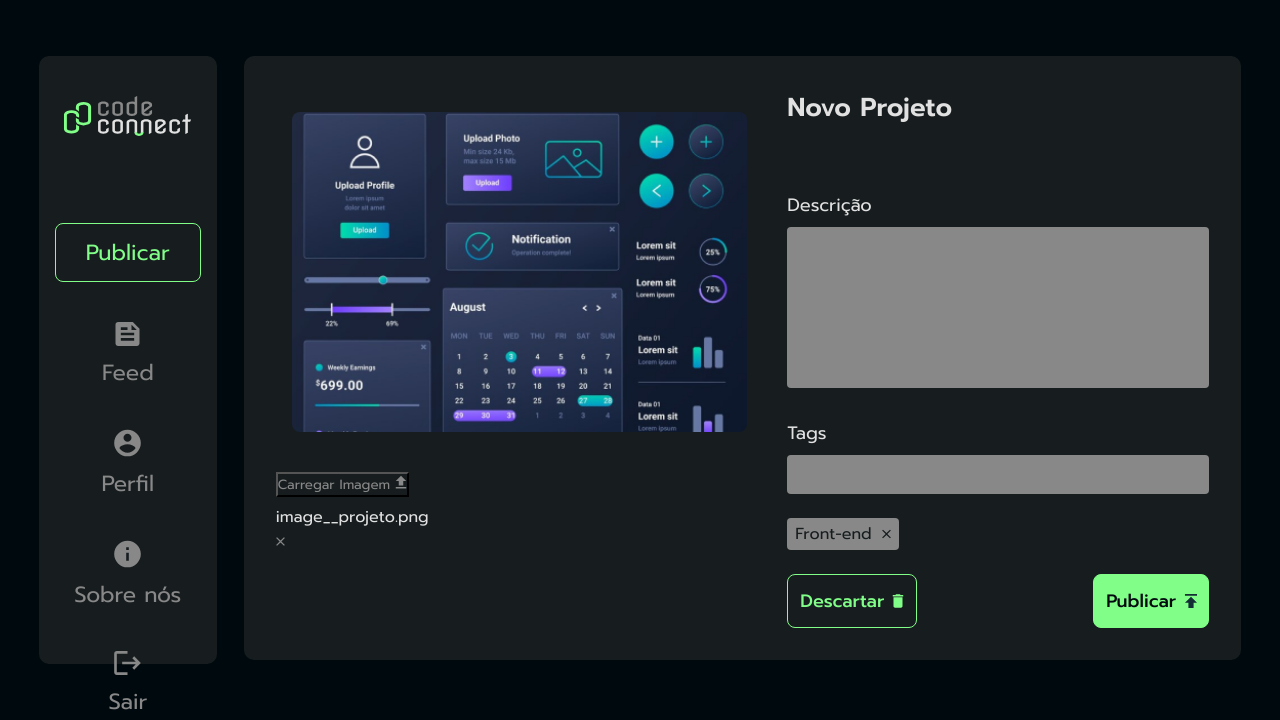
Repository: joaoPraiaJunior/async_await
Page: index.html
The author's editor kept a copy of each file at every save. The page is drawn from the files as they stood at one save, then again after the next save.
The browser window is 1280 px wide. The pictures show the whole page.

Above is the page before, as saved 2024-08-24 20:54:05.

### index.html
<!DOCTYPE html>
<html lang="pt-BR" dir="ltr">

<head>
    <meta charset="UTF-8">
    <meta name="viewport" content="width=device-width, initial-scale=1.0">
    <meta name="description" content="Projeto Async Await">
    <link rel="preconnect" href="https://fonts.googleapis.com">
    <link rel="preconnect" href="https://fonts.gstatic.com" crossorigin>
    <link href="https://fonts.googleapis.com/css2?family=Prompt:ital,wght@0,100;0,200;0,300;0,400;0,500;0,600;0,700;0,800;0,900;1,100;1,200;1,300;1,400;1,500;1,600;1,700;1,800;1,900&display=swap" rel="stylesheet">
    <link rel="stylesheet" href="./css/styles.css">
    <title>CodeConnect</title>
</head>

<body>

    <aside class="l-lateral">
        <figure><img src="./img/Logo.svg" alt="Logo do codeconnect"></figure>
        <nav class="c-menu">
            <ul class="c-menu__lista">
                <li class="c-menu__item"><a href="#" class="c-menu__link">Publicar</a></li>
                <li class="c-menu__item"><a href="#" class="c-menu__link"><img src="./img/feed.svg" aria-hidden="true" alt>Feed</a></li>
                <li class="c-menu__item"><a href="#" class="c-menu__link"><img src="./img/account_circle.svg" aria-hidden="true" alt>Perfil</a></li>
                <li class="c-menu__item"><a href="#" class="c-menu__link"><img src="./img/info.svg" aria-hidden="true" alt>Sobre nós</a></li>
                <li class="c-menu__item"><a href="#" class="c-menu__link"><img src="./img/logout.svg" aria-hidden="true" alt>Sair</a></li>
            </ul>
        </nav>
    </aside>

    <main class="l-principal">
        <div class="c-upload-imagem">
            <div class="c-upload-imagem__container">
                <figure class="c-upload-imagem__publicacao">
                    <img src="./img/imagem1.png" alt>
                </figure>
            </div>
            <button class="c-upload-imagem__botao" aria-label="carregar imagem">Carregar Imagem <img src="./img/upload.svg" aria-hidden="true" alt></button>
            <div class="c-upload-imagem__descricao">
                <p>image__projeto.png</p>
                <img src="./img/close.svg" aria-hidden="true" alt>
            </div>
        </div>

        <div class="c-formulario">
            <h2 class="c-formulario__titulo">Novo Projeto</h2>
            <form class="c-formulario__acoes">
                <div class="c-formulario__grupo">
                    <label for="Descricao">Descrição</label>
                    <textarea name="descricao" id="descricao">
                    </textarea>
                </div>

                <div class="c-formulario__grupo">
                    <label for="Tags">Tags</label>
                    <input type="text" name="tags" id="tags">
                </div>

                <ul class="c-formulario__lista">
                    <li class="c-formulario__lista-tags">
                        <p>Front-end</p>
                        <img src="./img/close-black.svg" alt>
                    </li>
                </ul>

                <div class="c-formulario__botoes">
                    <button class="c-formulario__botao c-formulario__botao--descartar">Descartar</button>
                    <button class="c-formulario__botao c-formulario__botao--salvar">Publicar</button>
                </div>
            </form>
        </div>
    </main>

    <script src="./js/scripts.js"></script>
</body>

</html>

### css/styles.css
:root {
  /* Cores */
  --background-color: #00090e;
  --cor-do-texto: #e1e1e1;
  --cor-primaria: #81fe88;
  --cor-secundaria: #888888;
  --cor-da-tag: #171d1f;
  --componentes-do-background: #171d1f;

  /* Fontes */
  --fonte-padrao: "Prompt", sans-serif;
}

* {
  margin: 0;
  padding: 0;
  box-sizing: border-box;
}

html {
  font-size: 62.5%;
}

body {
  display: flex;
  justify-content: center;
  align-items: start;
  gap: 2.7rem;
  font-family: var(--fonte-padrao);
  font-size: 1.6rem;
  background-color: var(--background-color);
  color: var(--cor-do-texto);
  padding: 5.6rem 0;
  height: 100vh;
}

.l-lateral {
  text-align: center;
  background-color: var(--componentes-do-background);
  border-radius: 1rem;
  padding: 4rem 1.6rem;
  height: 100%;
}

.c-menu__lista {
  display: flex;
  flex-direction: column;
  align-items: center;
  gap: 4rem;
  margin-top: 8rem;
  list-style-type: none;
}

.c-menu__link {
  display: flex;
  flex-direction: column;
  align-items: center;
  gap: 1rem;
  font-size: 2.2rem;
  text-decoration: none;
  color: var(--cor-secundaria);
}

.c-menu__lista li:first-of-type a {
  color: var(--cor-primaria);
  border: 0.1rem solid var(--cor-primaria);
  border-radius: 0.8rem;
  padding: 1.2rem 3rem;
}

.l-principal {
  display: flex;
  gap: 2.4rem;
  background-color: var(--componentes-do-background);
  border-radius: 1rem;
  padding: 3.2rem;
}

.c-formulario {
  display: flex;
  flex-direction: column;
  gap: 2.4rem;
  width: 42.2rem;
}

.c-formulario__titulo {
  font-size: 2.6rem;
  font-weight: 600;
  margin-bottom: 4rem;
}

.c-formulario__acoes {
  display: flex;
  flex-direction: column;
  gap: 2.4rem;
}

.c-formulario__grupo label {
  display: block;
  font-size: 1.8rem;
  font-weight: 400;
  margin-bottom: 0.8rem;
}

.c-formulario__grupo input,
textarea {
  background-color: var(--cor-secundaria);
  font-family: var(--fonte-padrao);
  line-height: 2.25rem;
  border: none;
  border-radius: 0.4rem;
  padding: 0.8rem 1.6rem;
  width: 100%;
}

.c-formulario__grupo textarea {
  resize: none;
  height: 16.1rem;
}

.c-formulario__grupo input {
  height: 3.9rem;
}

.c-formulario__lista {
  display: flex;
  list-style-type: none;
}

.c-formulario__lista-tags {
  display: flex;
  gap: 1rem;
  color: var(--cor-da-tag);
  background-color: var(--cor-secundaria);
  border-radius: 0.4rem;
  padding: 0.4rem 0.8rem;
}

.c-formulario__botoes {
  display: flex;
  justify-content: space-between;
  gap: 2.4rem;
}

.c-formulario__botao {
  font-family: var(--fonte-padrao);
  font-size: 1.8rem;
  font-weight: 500;
  text-align: center;
  border-radius: 0.8rem;
  padding: 1.2rem 3.2rem 1.2rem 1.2rem;
  cursor: pointer;
}

.c-formulario__botao--descartar,
.c-formulario__botao--salvar {
  position: relative;
}

.c-formulario__botao--descartar {
  color: var(--cor-primaria);
  background-color: var(--componentes-do-background);
  border: 0.1rem solid var(--cor-primaria);
}

.c-formulario__botao--salvar {
  color: var(--background-color);
  background-color: var(--cor-primaria);
  border: 0.1rem solid var(--cor-primaria);
}

.c-formulario__botao--descartar::after,
.c-formulario__botao--salvar::after {
  content: "";
  display: inline-block;
  position: absolute;
  top: 50%;
  background-size: contain;
  background-repeat: no-repeat;
  margin-left: 0.8rem;
  width: 1.5rem;
  height: 1.5rem;
  transform: translateY(-50%);
}

.c-formulario__botao--descartar::after {
  background-image: url("../img/trash.svg");
}

.c-formulario__botao--salvar::after {
  background-image: url("../img/arrow_forward2.svg");
}

.c-upload-imagem__publicacao {
    background-color: var(--secundary-color);
    border-radius: .8rem;
    padding: 2.4rem 1.6rem;
    height: 36.8rem;

}

.c-upload-imagem__publicacao img {
    border-radius: .8rem;
    object-fit: cover;
    height: 100%;
}

.c-upload-imagem__botao {
    position: relative;
    color: var(--cor-secundaria);
    font-family: var(--fonte-padrao);
    background-color: var(--componentes-do-background);
    margin: 1.6rem 0 .8rem 0;
}

Loaded but not shown: js/scripts.js (no copy from this time; the picture is the same without it)

After the next save:
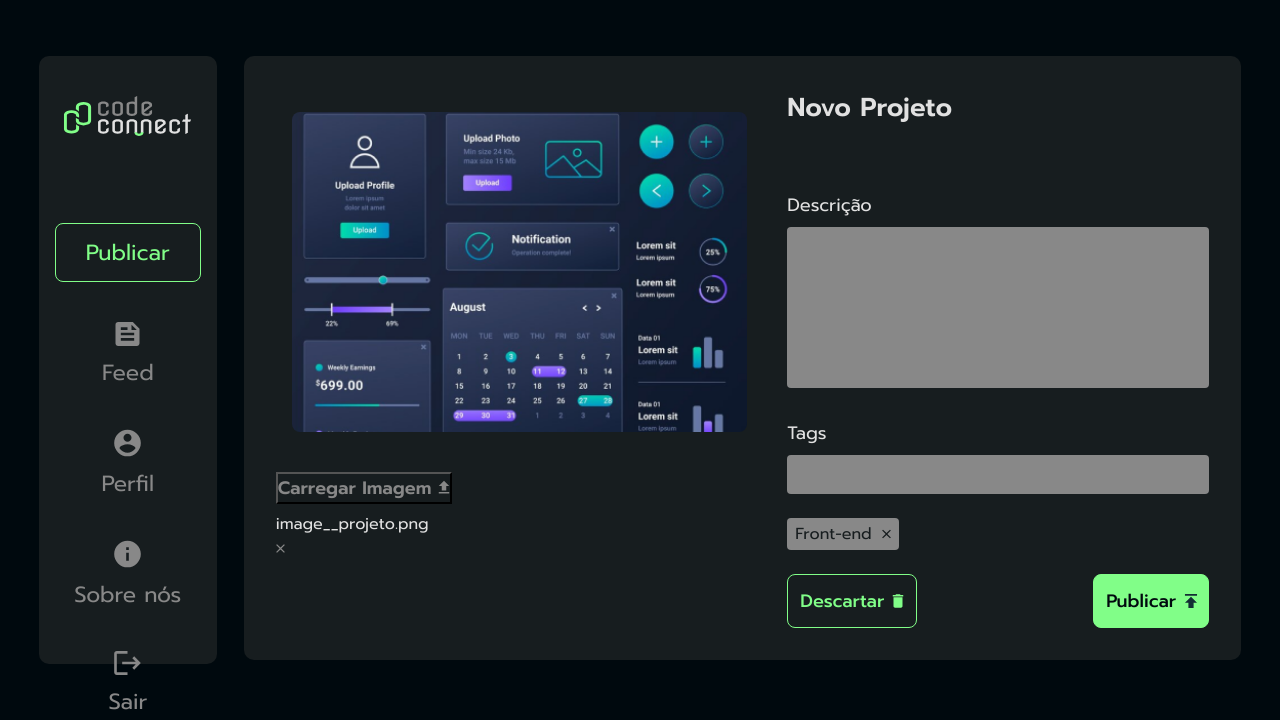
Saved 2 min 7 s later.
--- a/css/styles.css
+++ b/css/styles.css
@@ -208,7 +208,10 @@ textarea {
 .c-upload-imagem__botao {
     position: relative;
     color: var(--cor-secundaria);
+    background-color: var(--componentes-do-background);
     font-family: var(--fonte-padrao);
-    background-color: var(--componentes-do-background);
+    font-size: 1.8rem;
+    font-weight: 600;
+    text-align: center;
     margin: 1.6rem 0 .8rem 0;
 }
